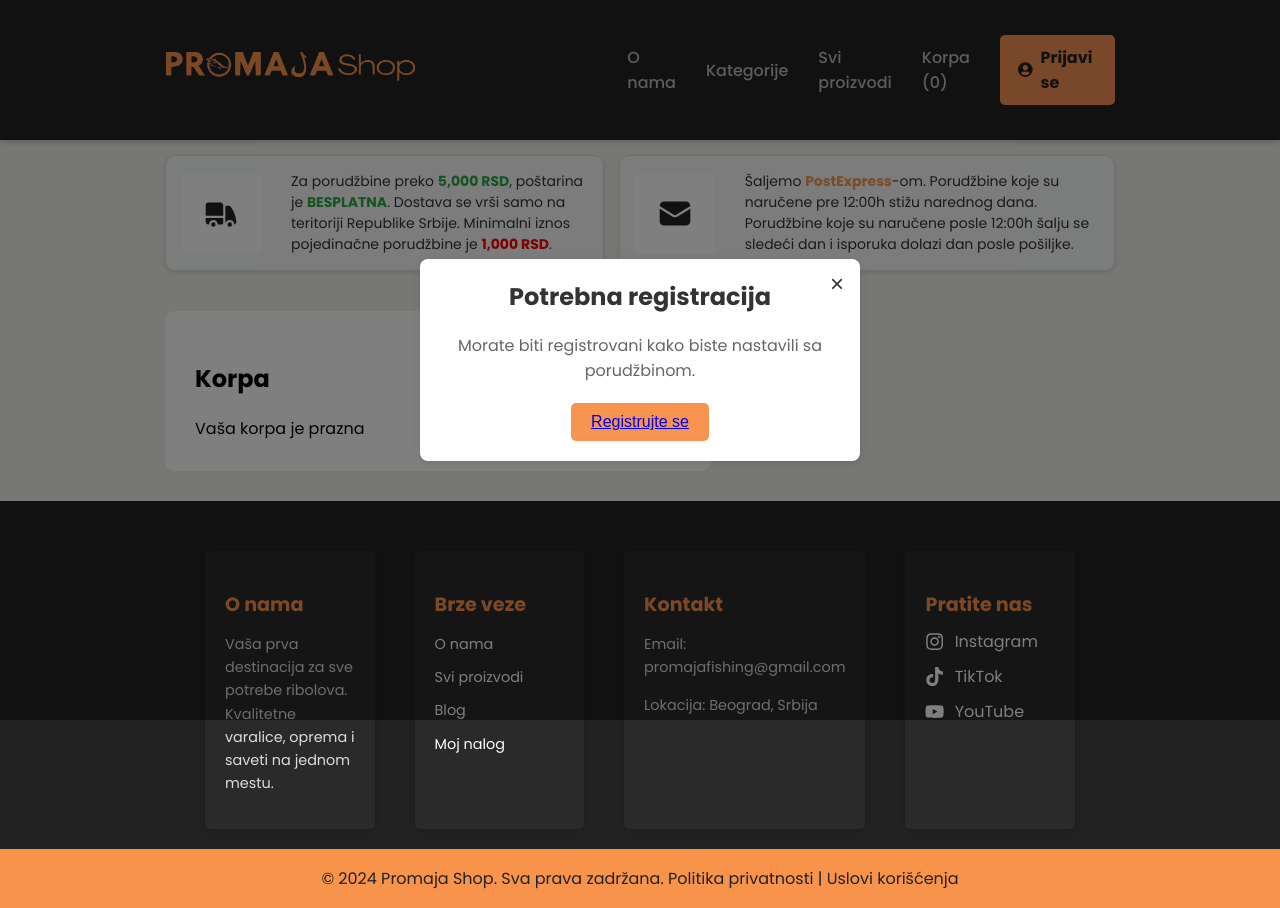
Repository: dimitrijekokovic/PromajaShopFront
Page: /cart
These files come from the project's save history. The page is drawn as it stood at one moment and after the next save; the edit follows.
The browser window is 1280 px wide. The pictures show the whole page.
The page's requests for data from a server got no answer. The project was rebuilt for these pictures with package versions that can differ from the ones it lists, and the page was loaded fresh each time. The framework's server and built-in components were replaced by stand-ins that run in the browser. No one was signed in, and anything a server would have sent is missing. Also part of the build but not shown: next.config.js, next.config.mjs, lib/colors.js, components/Button.js, components/Table.js, components/Input.js.

Above is the page before, as saved 2025-02-20 18:42:47.

### pages/_app.js
import React, { useEffect } from "react";
import { SessionProvider } from "next-auth/react";
import { CartContextProvider } from "@/components/CartContext";
import AOS from "aos";
import "aos/dist/aos.css";
import { AnimatePresence, motion } from "framer-motion";
import { createGlobalStyle } from "styled-components";


const GlobalStyles = createGlobalStyle`
  body {
    background-color: #EFEFE8;
    padding: 0;
    margin: 0;
    font-family: 'Poppins', sans-serif;
  }
`;

export default function App({ Component, pageProps, router }) {
  useEffect(() => {
    AOS.init({
      duration: 1200, // Trajanje animacija
      once: true, // Animacije se dešavaju samo jednom
    });
  }, []);

  return (
    <>
    <GlobalStyles />
    <SessionProvider session={pageProps.session}>
      <CartContextProvider>
        <AnimatePresence mode="wait">
          <motion.div
             key={router.route}
             initial={{ opacity: 0, }}
             animate={{ opacity: 1, }}
             exit={{ opacity: 0 }}
             transition={{ duration: 0.3 }}
          >
            <Component {...pageProps} />
          </motion.div>
        </AnimatePresence>
      </CartContextProvider>
    </SessionProvider>
    </>
  );
}

### pages/_document.js
import Document, { Html, Head, Main, NextScript } from "next/document";
import { ServerStyleSheet } from "styled-components";

export default class MyDocument extends Document {
  static async getInitialProps(ctx) {
    const sheet = new ServerStyleSheet();
    const originalRenderPage = ctx.renderPage;

    try {
      ctx.renderPage = () =>
        originalRenderPage({
          enhanceApp: (App) => (props) =>
            sheet.collectStyles(<App {...props} />),
        });

      const initialProps = await Document.getInitialProps(ctx);
      return {
        ...initialProps,
        styles: (
          <>
            {initialProps.styles}
            {sheet.getStyleElement()}
          </>
        ),
      };
    } finally {
      sheet.seal();
    }
  }

  render() {
    return (
      <Html lang="en">
        <Head>
          <link
            href="https://fonts.googleapis.com/css2?family=Poppins:wght@400;500;700&display=swap'"
            rel="stylesheet"
          />
        </Head>
        <body>
          <Main />
          <NextScript />
        </body>
      </Html>
    );
  }
}

### components/CartContext.js
// CartContext.js
import { createContext, useEffect, useState, useContext } from "react";

export const CartContext = createContext({});

export function CartContextProvider({ children }) {
  const ls = typeof window !== "undefined" ? window.localStorage : null;
  const [cartProducts, setCartProducts] = useState([]);
  const [user, setUser] = useState(null);

  // Učitavanje podataka o korisniku iz localStorage prilikom inicijalizacije
  useEffect(() => {
    if (ls && ls.getItem("user")) {
      try {
        const storedUser = ls.getItem("user");
        if (storedUser !== "undefined") {
          const parsedUser = JSON.parse(storedUser);
          if (parsedUser?.email) {
            setUser(parsedUser); // Postavi korisnika samo ako je validan
          } else {
            console.warn("Neispravan korisnik u localStorage, uklanjam.");
            ls.removeItem("user");
          }
        } else {
          console.warn("Stored user je undefined, preskačem parsing.");
        }
      } catch (error) {
        console.error("Greška prilikom parsiranja korisnika iz localStorage:", error);
        ls.removeItem("user");
      }
    }
  }, [ls]);

  // Učitavanje proizvoda u korpi iz localStorage
  useEffect(() => {
    if (cartProducts?.length > 0) {
      ls?.setItem("cart", JSON.stringify(cartProducts));
    } else {
      ls?.removeItem("cart"); // Ako je korpa prazna, ukloni je iz localStorage
    }
  }, [cartProducts]);

  function addProduct(productId) {
    setCartProducts((prev) => [...prev, productId]);
  }

  function removeProduct(productId) {
    setCartProducts((prev) => {
      const pos = prev.indexOf(productId);
      if (pos !== -1) {
        return prev.filter((_, index) => index !== pos);
      }
      return prev;
    });
  }

  function clearCart() {
    setCartProducts([]);
    ls?.removeItem("cart"); // Obriši korpu iz localStorage
  }

  return (
    <CartContext.Provider
      value={{
        cartProducts,
        setCartProducts,
        addProduct,
        removeProduct,
        clearCart,
        user,
        setUser,
      }}
    >
      {children}
    </CartContext.Provider>
  );
}

export function useCart() {
  return useContext(CartContext);
}

### components/Center.js
import { Children } from "react";
import styled from "styled-components";

const StyledDiv = styled.div`
  max-width: 950px;
  margin: 0 auto;
  padding: 0;
  width: 100%;

  @media (max-width: 768px) {
    max-width: 100%;
  }
`;

export default function Center({ children }) {
  return <StyledDiv>{children}</StyledDiv>;
}

### components/Header.js
import Link from "next/link";
import styled from "styled-components";
import Center from "./Center";
import Image from "next/image";
import { CartContext } from "./CartContext";
import { useContext, useState, useEffect } from "react";
import { FaUserCircle, FaShoppingCart, FaBars } from "react-icons/fa";
import CategoriesDropdown from "./CategoriesDropdown";

const StyledHeader = styled.header`
  background-color: #222;
  color: #FFA500;
  padding: 35px 25px; /* Više prostora na desktopu da se ne zbiju stavke */
  box-shadow: 0 2px 5px rgba(0, 0, 0, 0.2);
`;

const Wrapper = styled.div`
  display: flex;
  justify-content: space-between;
  align-items: center;
  position: relative;
`;

const StyledNav = styled.nav`
  display: flex;
  gap: 30px; /* Veći razmak među stavkama u meniju */
  align-items: center;

  @media (max-width: 768px) {
    display: ${(props) => (props.open ? "flex" : "none")};
    flex-direction: column;
    position: absolute;
    top: 70px;
    left: 0;
    right: 0;
    background-color: #222;
    padding: 20px;
    border-radius: 0 0 10px 10px;
    z-index: 10;
    box-shadow: 0 2px 5px rgba(0, 0, 0, 0.3);
  }
`;

const NavLink = styled(Link)`
  color: #bbbbbb;
  text-decoration: none;
  font-size: 16px;
  font-weight: 500;
  display: flex;
  align-items: center;
  transition: color 0.3s ease;

  &:hover {
    color: #fff;
  }

  @media (max-width: 768px) {
    ${({ hideOnMobile }) => hideOnMobile && "display: none;"} /* Sakrivamo Korpu na telefonima */
  }
`;

const LoginButton = styled(Link)`
  display: flex;
  align-items: center;
  justify-content: center;
  padding: 10px 18px; /* Malo veće dugme za desktop */
  background-color: #f39052;
  color: #222222;
  text-decoration: none;
  border-radius: 5px;
  font-weight: bold;
  font-size: 16px;
  transition: background-color 0.3s ease;

  &:hover {
    background-color: #e69500;
  }

  svg {
    margin-right: 8px;
    font-size: 1.2rem;
  }
`;

const HamburgerMenu = styled.div`
  display: none;
  flex-direction: column;
  gap: 5px;
  cursor: pointer;

  div {
    width: 25px;
    height: 3px;
    background-color: #fff;
    border-radius: 2px;
  }

  @media (max-width: 768px) {
    display: flex;
  }
`;

const MobileHeaderWrapper = styled.div`
  display: flex;
  align-items: center;
  justify-content: space-between;
  width: 100%;
`;

/* Pomereno još ulevo da ne bude na logotipu */
const MobileCartWrapper = styled.div`
  display: none;

  @media (max-width: 768px) {
    display: flex;
    position: absolute;
    left: 5px; /* Još više ulevo */
    top: 50%;
    transform: translateY(-50%);
  }
`;

const MobileCartIcon = styled(Link)`
  color: #FFA500;
  font-size: 24px; /* Veća ikonica */
  display: flex;
  align-items: center;
`;

const LogoWrapper = styled.div`
  max-width: 250px;

  @media (max-width: 768px) {
    max-width: 160px;
  }

  img {
    width: 100%;
    height: auto;
  }
`;

export default function Header() {
  const { cartProducts } = useContext(CartContext);
  const [isLoggedIn, setIsLoggedIn] = useState(false);
  const [menuOpen, setMenuOpen] = useState(false);

  useEffect(() => {
    const token = localStorage.getItem("token");
    setIsLoggedIn(!!token);
  }, []);

  return (
    <StyledHeader>
      <Center>
        <Wrapper>
          <MobileHeaderWrapper>
            {/* Mobilna Korpa - Pomereno da ne bude na logotipu */}
            <MobileCartWrapper>
              <MobileCartIcon href="/cart">
                <FaShoppingCart />
              </MobileCartIcon>
            </MobileCartWrapper>

            {/* Logo */}
            <Link href="/">
              <LogoWrapper>
                <Image
                  src="/logo.png"
                  alt="PromajaShop Logo"
                  width={250}
                  height={50}
                  priority
                />
              </LogoWrapper>
            </Link>

            {/* Hamburger meni */}
            <HamburgerMenu onClick={() => setMenuOpen(!menuOpen)}>
              <div />
              <div />
              <div />
            </HamburgerMenu>
          </MobileHeaderWrapper>

          {/* Navigacija */}
          <StyledNav open={menuOpen}>
            <NavLink href="/aboutus">O nama</NavLink>
            <CategoriesDropdown />
            <NavLink href="/products">Svi proizvodi</NavLink>
            <NavLink href="/cart" hideOnMobile>Korpa ({cartProducts?.length || 0})</NavLink>

            {isLoggedIn ? (
              <LoginButton href="/account">
                <FaUserCircle /> Moj nalog
              </LoginButton>
            ) : (
              <LoginButton href="/login">
                <FaUserCircle /> Prijavi se
              </LoginButton>
            )}
          </StyledNav>
        </Wrapper>
      </Center>
    </StyledHeader>
  );
}

### components/Modal.js
import styled from "styled-components";

const Overlay = styled.div`
  position: fixed;
  top: 0;
  left: 0;
  width: 100%;
  height: 100%;
  background: rgba(0, 0, 0, 0.5);
  display: flex;
  justify-content: center;
  align-items: center;
  z-index: 1000;
`;

const ModalContent = styled.div`
  background: white;
  border-radius: 8px;
  padding: 20px;
  width: 90%;
  max-width: 400px;
  text-align: center;
  box-shadow: 0 2px 10px rgba(0, 0, 0, 0.1);
  position: relative;
`;

export const ModalHeader = styled.h2`
  margin-top: 0;
  color: #333;
`;

export const ModalText = styled.p`
  color: #666;
  font-size: 1rem;
  margin: 15px 0;
  text-align: center;
`;

export const ButtonWrapper = styled.div`
  display: flex;
  justify-content: center;
  gap: 10px;
  margin-top: 20px;
`;

export const ModalButton = styled.button`
  background: ${({ primary }) => (primary ? "#F69450" : "#F69150")};
  color: ${({ primary }) => (primary ? "#fff" : "#333")};
  border: none;
  border-radius: 5px;
  padding: 10px 20px;
  cursor: pointer;
  font-size: 1rem;
  transition: background 0.3s;

  &:hover {
    background: ${({ primary }) => (primary ? "#d6d6d6" : "#bbb")};
  }
`;

const CloseButton = styled.button`
    position: absolute;
    top: 10px;
    right: 10px;
    background: none;
    border: none;
    font-size: 1.5rem;
    cursor: pointer;
    color: #333;

    &:hover {
    color: #ff0000;
    }
`;

export default function Modal({ show, onClose, children }) {
  if (!show) return null;

  return (
    <Overlay onClick={onClose}>
      <ModalContent onClick={(e) => e.stopPropagation()}>
        <CloseButton onClick={onClose}>&times;</CloseButton>
        {children}
      </ModalContent>
    </Overlay>
  );
}

### components/Footer.js
import Link from "next/link";
import styled from "styled-components";
import { FaInstagram, FaYoutube, FaTiktok } from "react-icons/fa";
import Center from "./Center";

const FooterContainer = styled.footer`
  background-color: #222;
  color: #fff;
  padding-top: 30px;
  margin-top:30px;
`;

const FooterContent = styled.div`
  display: grid;
  grid-template-columns: repeat(4, 1fr);
  gap: 40px;
  max-width: 1200px;
  margin: 0 auto;
  padding: 20px 40px;

  @media (max-width: 768px) {
    grid-template-columns: repeat(2, 1fr);
    gap: 20px;
  }

  @media (max-width: 480px) {
    grid-template-columns: 1fr;
    gap: 10px;
  }
`;


const FooterSection = styled.div`
  background-color: #2a2a2a; /* Tamnija pozadina unutar sekcija */
  padding: 20px;
  border-radius: 5px; /* Blagi zaobljeni uglovi */
  box-shadow: 0 4px 6px rgba(0, 0, 0, 0.1); /* Blagi efekat senke */

  h3 {
    margin-bottom: 10px;
    font-size: 1.2rem;
    text-align: left;
    color: #f7934b; /* Narandžasta za naslove */
  }

  p, ul {
    font-size: 0.9rem;
    line-height: 1.6;
    text-align: left;
    color: #ddd; /* Svetliji tekst */
  }

  ul {
    list-style: none;
    padding: 0;
  }

  li {
    margin-bottom: 10px;

    a {
      color: #fff;
      text-decoration: none;
      transition: color 0.3s ease; /* Tranzicija za hover efekat */

      &:hover {
        color: #ff6600; /* Promena boje na hover */
      }
    }
  }
`;

const SocialLinks = styled.div`
  display: flex;
  flex-direction: column;
  align-items: flex-start;

  a {
    display: flex;
    align-items: center;
    gap: 10px;
    margin-bottom: 10px;
    color: #fff;
    text-decoration: none;
    transition: color 0.3s ease; /* Tranzicija za hover efekat */

    &:hover {
      color: #f7934b; /* Promena boje na hover */
    }

    svg {
      font-size: 1.2rem;
    }
  }
`;


const LegalSection = styled.div`
  background-color: #f7934b;
  text-align: center;
  padding: 1px;
  color: #222222;
  font-size: 1rem; /* Povećan font */

  a {
    color: #222222;
    text-decoration: none;

    &:hover {
      text-decoration: underline;
    }
  }
`;

export default function Footer() {
    return (
      <FooterContainer>
        <Center>
        <FooterContent>
          <FooterSection>
            <h3>O nama</h3>
            <p>
              Vaša prva destinacija za sve potrebe ribolova. Kvalitetne varalice,
              oprema i saveti na jednom mestu.
            </p>
          </FooterSection>

          {/* Linkovi */}
          <FooterSection>
            <h3>Brze veze</h3>
            <ul>
              <li>
                <Link href="/aboutus" legacyBehavior>
                  <a>O nama</a>
                </Link>
              </li>
              <li>
                <Link href="/products" legacyBehavior>
                  <a>Svi proizvodi</a>
                </Link>
              </li>
              <li>
                <Link href="/blog" legacyBehavior>
                  <a>Blog</a>
                </Link>
              </li>
              <li>
                <Link href="/account" legacyBehavior>
                  <a>Moj nalog</a>
                </Link>
              </li>
            </ul>
          </FooterSection>

          {/* Kontakt informacije */}
          <FooterSection>
          <h3>Kontakt</h3>
          <p>Email: promajafishing@gmail.com</p>
          <p>Lokacija: Beograd, Srbija</p>
          </FooterSection>

          {/* Društvene mreže */}
          <FooterSection>
            <h3>Pratite nas</h3>
            <SocialLinks>
            <Link  href="https://www.instagram.com/promajafishing/" legacyBehavior>
                <a target="_blank">
                  <FaInstagram /> Instagram
                </a>
              </Link>
              <Link href="https://www.tiktok.com/@promajafishing?lang=en" legacyBehavior>
                <a target="_blank">
                  <FaTiktok /> TikTok
                </a>
              </Link>

              <Link href="https://www.youtube.com/@PromajaFishing" legacyBehavior>
                <a target="_blank">
                  <FaYoutube /> YouTube
                </a>
              </Link>
            </SocialLinks>
          </FooterSection>
        </FooterContent>
        </Center>
        {/* Pravna napomena */}
        <LegalSection>
          <p>
            &copy; 2024 Promaja Shop. Sva prava zadržana.{" "}
            <Link href="/privatnost" legacyBehavior>
              <a>Politika privatnosti</a>
            </Link>{" "}
            |{" "}
            <Link href="/uslovi" legacyBehavior>
              <a>Uslovi korišćenja</a>
            </Link>
          </p>
        </LegalSection>
      </FooterContainer>
    );
  }

### components/CategoriesDropdown.js
import { useEffect, useState } from "react";
import styled from "styled-components";
import Link from "next/link";

const DropdownContainer = styled.div`
  position: relative;
`;

const Trigger = styled.div`
  cursor: pointer;
  color: ${(props) => (props.isActive ? "#ffa500" : "#bbbbbb")};
  font-size: 16px;
  font-weight: 500;

  &:hover {
    color: #fff;
  }

  @media (max-width: 768px) {
    font-size: 18px;
    padding: 10px;
    text-align: left;
  }
`;
const DropdownMenu = styled.ul`
  position: absolute;
  top: 100%;
  left: 0;
  background: #333;
  padding: 15px 20px;
  border-radius: 8px;
  box-shadow: 0 8px 15px rgba(0, 0, 0, 0.2);
  list-style: none;
  z-index: 10;
  display: ${(props) => (props.isOpen ? "block" : "none")};
  width: 250px;

  li {
    margin: 10px 0;
    font-size: 16px;
    position: relative;

    &:hover > ul {
      display: block;
    }
  }

  a {
    color: #fff;
    text-decoration: none;
    font-size: 15px;
    transition: all 0.3s ease-in-out;

    &:hover {
      color: #f7934b;
    }
  }

  @media (max-width: 768px) {
    display: none;
  }
`;

const SubMenu = styled.ul`
  position: absolute;
  top: 0;
  left: 100%;
  background: #444;
  padding: 10px 15px;
  border-radius: 8px;
  box-shadow: 0 8px 15px rgba(0, 0, 0, 0.2);
  list-style: none;
  display: none;
  width: 200px;

  li {
    margin-bottom: 10px;
  }

  a {
    color: #fff;
    text-decoration: none;
    font-size: 15px;

    &:hover {
      color: #f7934b;
    }
  }

  @media (max-width: 768px) {
    position: static;
    width: 100%;
    padding: 0;
    background: none;
    border: none;
    box-shadow: none;
  }
`;

const MobileMenu = styled.div`
  position: fixed;
  top: 0;
  left: 0;
  width: 100%;
  height: 100%;
  background: rgba(0, 0, 0, 0.95);
  color: #fff;
  z-index: 20;
  overflow-y: auto;
  padding: 20px;
  display: flex;
  flex-direction: column;
  align-items: flex-start;

  @media (min-width: 769px) {
    display: none;
  }

  button {
    position: absolute;
    top: 10px;
    right: 20px;
    background: none;
    border: none;
    color: #ffa500;
    font-size: 24px;
    font-weight: bold;
    cursor: pointer;
  }

  ul {
    list-style: none;
    padding: 0;
    margin: 0;
    text-align: left;
    width: 100%;
  }

  li {
    margin: 15px 0;
  }

  a {
    color: #fff;
    text-decoration: none;
    font-size: 18px;
    font-weight: bold;

    &:hover {
      color: #ffa500;
    }
  }
`;

const BackButton = styled.button`
  background: none;
  border: none;
  color: #ffa500;
  font-size: 18px;
  font-weight: bold;
  cursor: pointer;

  position: absoulte;
  left: 20px;
  top: 20px; /* Razmak od vrha */
`;

const CloseButton = styled.button`
  background: none;
  border: none;
  color: #ffa500;
  font-size: 18px;
  font-weight: bold;
  cursor: pointer;
  position: absolute;
  right: ;
  top: 20px; /* Razmak od vrha */
`;

export default function CategoriesDropdown() {
  const [categories, setCategories] = useState([]);
  const [isOpen, setIsOpen] = useState(false);
  const [currentMenu, setCurrentMenu] = useState("main"); // Track current menu (main or subcategories)
  const [showMobileMenu, setShowMobileMenu] = useState(false);
  let timeoutId;

  useEffect(() => {
    const fetchCategories = async () => {
      try {
        const res = await fetch("/api/categories");
        const data = await res.json();
        setCategories(data);
      } catch (error) {
        console.error("Greška pri učitavanju kategorija:", error);
      }
    };
    fetchCategories();
  }, []);

  const mainCategories = categories.filter((cat) => !cat.parent);

  const handleMouseEnter = () => {
    clearTimeout(timeoutId);
    setIsOpen(true);
  };

  const handleMouseLeave = () => {
    timeoutId = setTimeout(() => setIsOpen(false), 50);
  };

  const renderMenuItems = () => {
    if (currentMenu === "main") {
      return mainCategories.map((mainCategory) => (
        <li key={mainCategory._id}>
          <a
            href="#"
            onClick={(e) => {
              e.preventDefault();
              const hasSubcategories = categories.some(
                (cat) => cat.parent?._id === mainCategory._id
              );
              if (hasSubcategories) {
                setCurrentMenu(mainCategory._id);
              } else {
                setShowMobileMenu(false); // Zatvara hamburger meni
              }
            }}
          >
            {mainCategory.name}
          </a>
        </li>
      ));
    } else {
      const subCategories = categories.filter(
        (cat) => cat.parent?._id === currentMenu
      );
      return (
        <>
          <BackButton onClick={() => setCurrentMenu("main")}>← Nazad</BackButton>
          {subCategories.map((subCategory) => (
            <li key={subCategory._id}>
              <Link
                href={`/categories/${subCategory.slug}`}
                onClick={() => {
                  setShowMobileMenu(false); // Zatvara hamburger meni
                  setCurrentMenu("main"); // Resetuje meni na glavni
                }}
              >
                {subCategory.name}
              </Link>
            </li>
          ))}
        </>
      );
    }
  };

  return (
    <>
      <DropdownContainer
        onMouseEnter={handleMouseEnter}
        onMouseLeave={handleMouseLeave}
      >
        <Trigger onClick={() => setShowMobileMenu(true)}>Kategorije</Trigger>
        <DropdownMenu isOpen={isOpen}>{renderMenuItems()}</DropdownMenu>
      </DropdownContainer>

      {showMobileMenu && (
        <MobileMenu>
          <CloseButton  onClick={() => setShowMobileMenu(false)}>× Zatvori</CloseButton >
          <ul>{renderMenuItems()}</ul>
        </MobileMenu>
      )}
    </>
  );
}

Loaded but not shown: pages/cart.js (458 lines, source omitted)

After the next save:
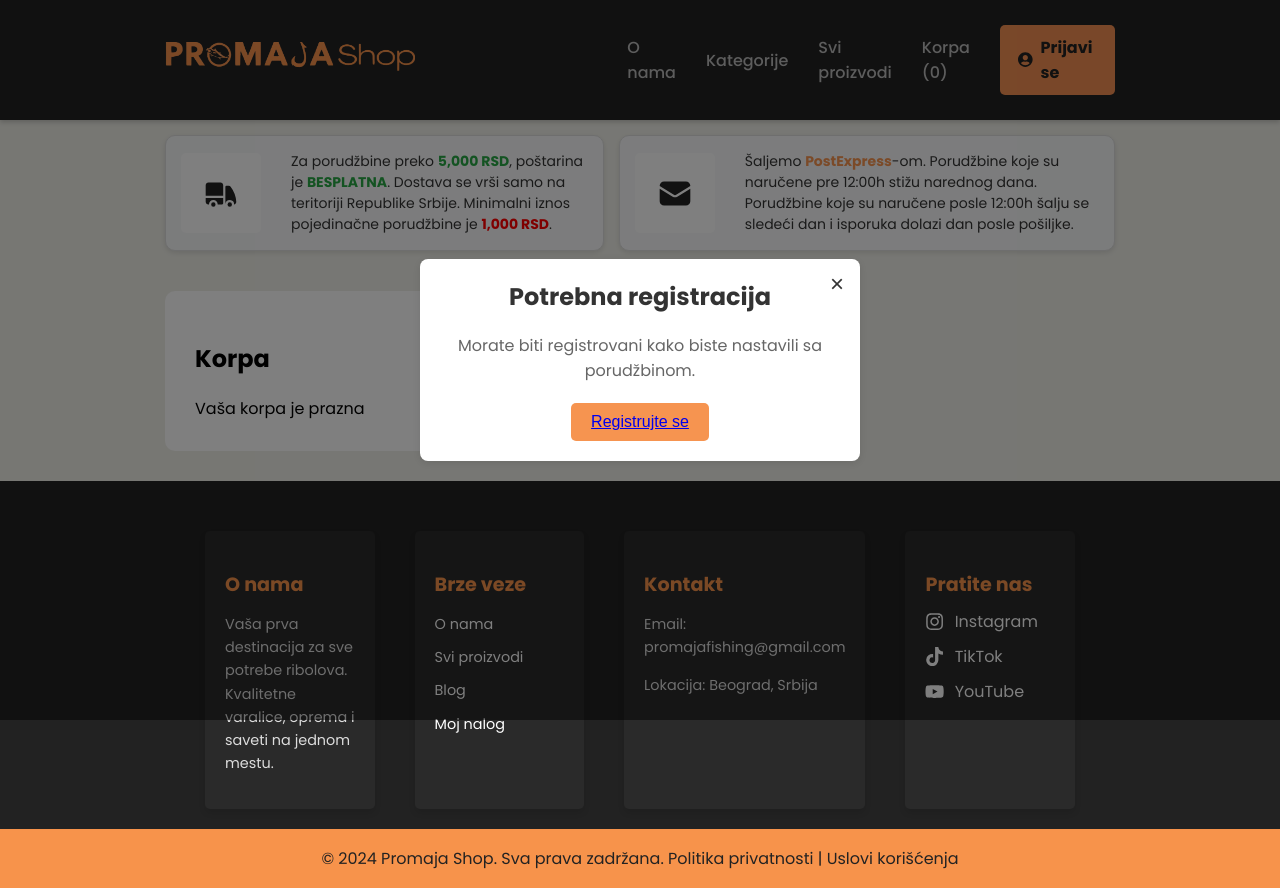
Saved 4 s later.
--- a/components/Header.js
+++ b/components/Header.js
@@ -10,7 +10,7 @@ import CategoriesDropdown from "./CategoriesDropdown";
 const StyledHeader = styled.header`
   background-color: #222;
   color: #FFA500;
-  padding: 35px 25px; /* Više prostora na desktopu da se ne zbiju stavke */
+  padding: 25px 40px; /* Više prostora na desktopu da se ne zbiju stavke */
   box-shadow: 0 2px 5px rgba(0, 0, 0, 0.2);
 `;
 
